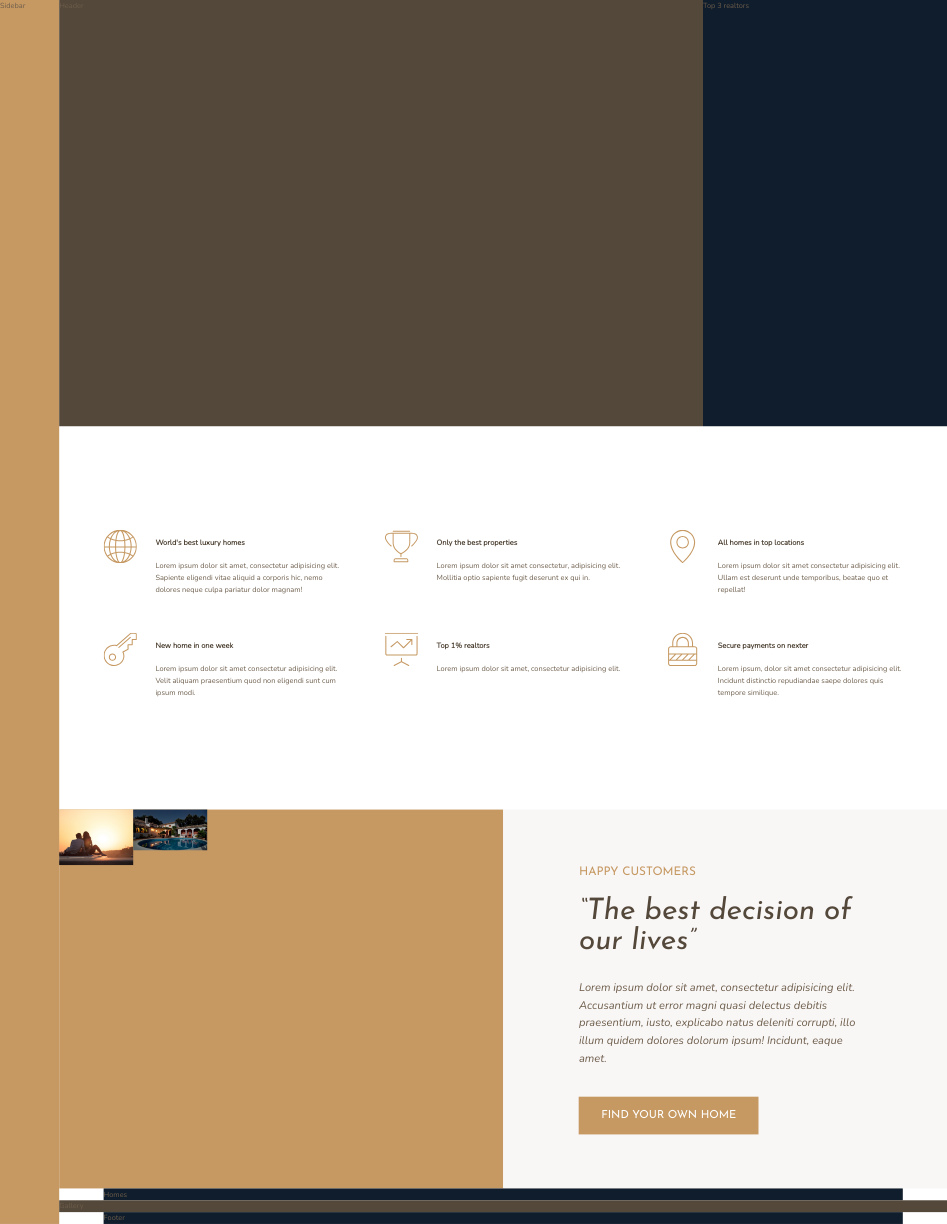
Repository: achwesiuk/nexter
Page: index.html
The author's editor kept a copy of each file at every save. The page is drawn from the files as they stood at one save, then again after the next save.
The browser window is 1280 px wide. The pictures show the whole page, at 74% of full size.
The style sheet was rebuilt from its Sass, Less or Tailwind sources for each picture, by a compiler version that may differ from the author's.

Above is the page before, as saved 2021-02-23 12:45:35.

After the next save:
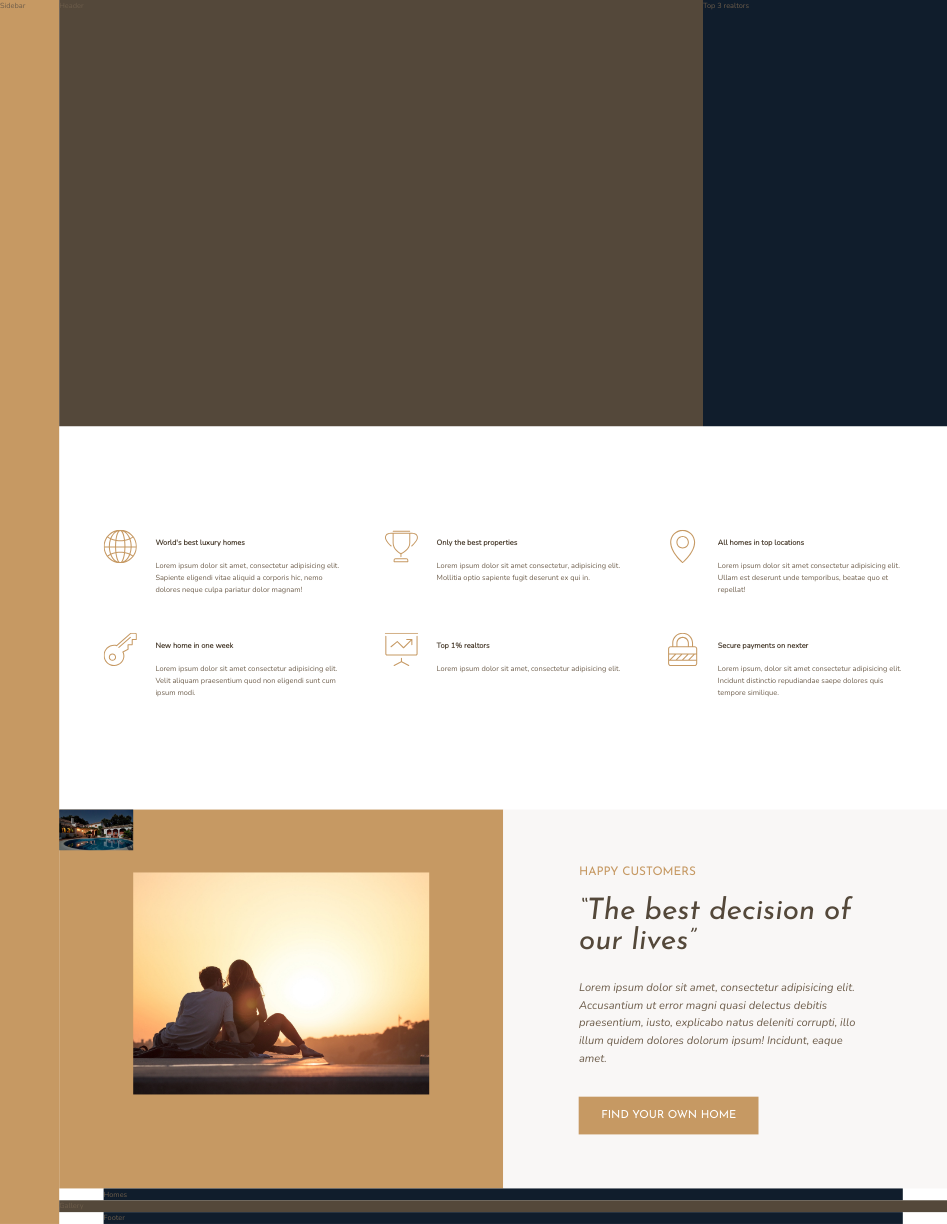
Saved 119 s later.
--- a/sass/_story.scss
+++ b/sass/_story.scss
@@ -11,6 +11,8 @@
 
     &__img--1 {
         width: 100%;
+        grid-row: 2 / 6;
+        grid-column: 2 / 6;
     }
 
     &__img--2 {
